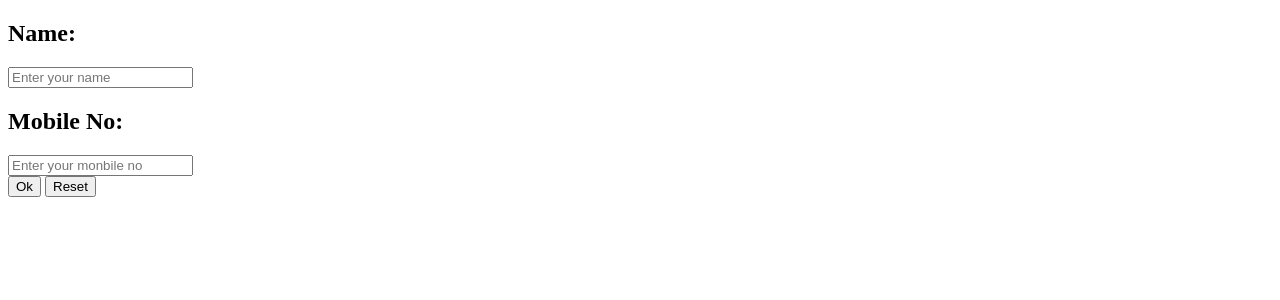
Repository: akki1071993/JavaServlet
Page: MyFirstServletApp/src/main/webapp/index.html
The author's editor kept a copy of each file at every save. The page is drawn from the files as they stood at one save, then again after the next save.
The browser window is 1280 px wide. The pictures show the whole page.

Above is the page before, as saved 2022-06-14 07:54:11.

### MyFirstServletApp/src/main/webapp/index.html
<!DOCTYPE html>
<html>
<head>
<meta charset="ISO-8859-1">
<title>Welcome to Akash World</title>
</head>
<body>
<h2>Name: </h2>
<input type="text" name="fname"  placeholder="Enter your name" />

<h2>Mobile No: </h2>
<input type="text" name="fname"  placeholder="Enter your monbile no" />
</br>
<button type="submit">Ok</button>
<button type="reset">Reset</button>

</body>
</html>

After the next save:
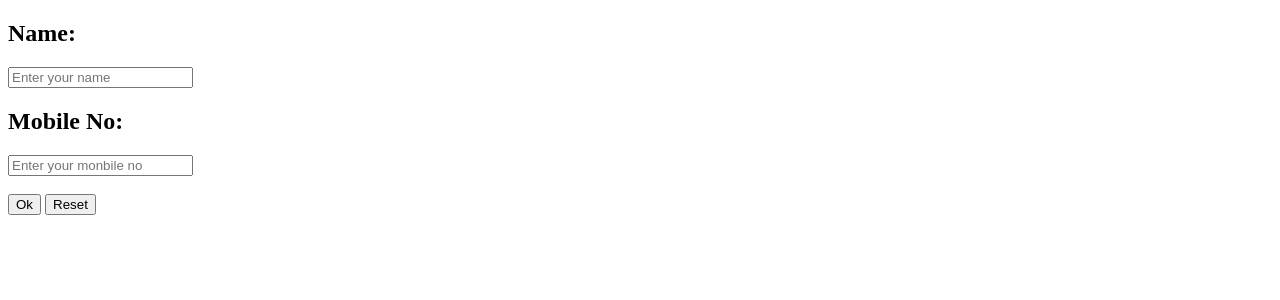
Saved 34 s later.
--- a/MyFirstServletApp/src/main/webapp/index.html
+++ b/MyFirstServletApp/src/main/webapp/index.html
@@ -10,7 +10,7 @@
 
 <h2>Mobile No: </h2>
 <input type="text" name="fname"  placeholder="Enter your monbile no" />
-</br>
+<br></br>
 <button type="submit">Ok</button>
 <button type="reset">Reset</button>
 
